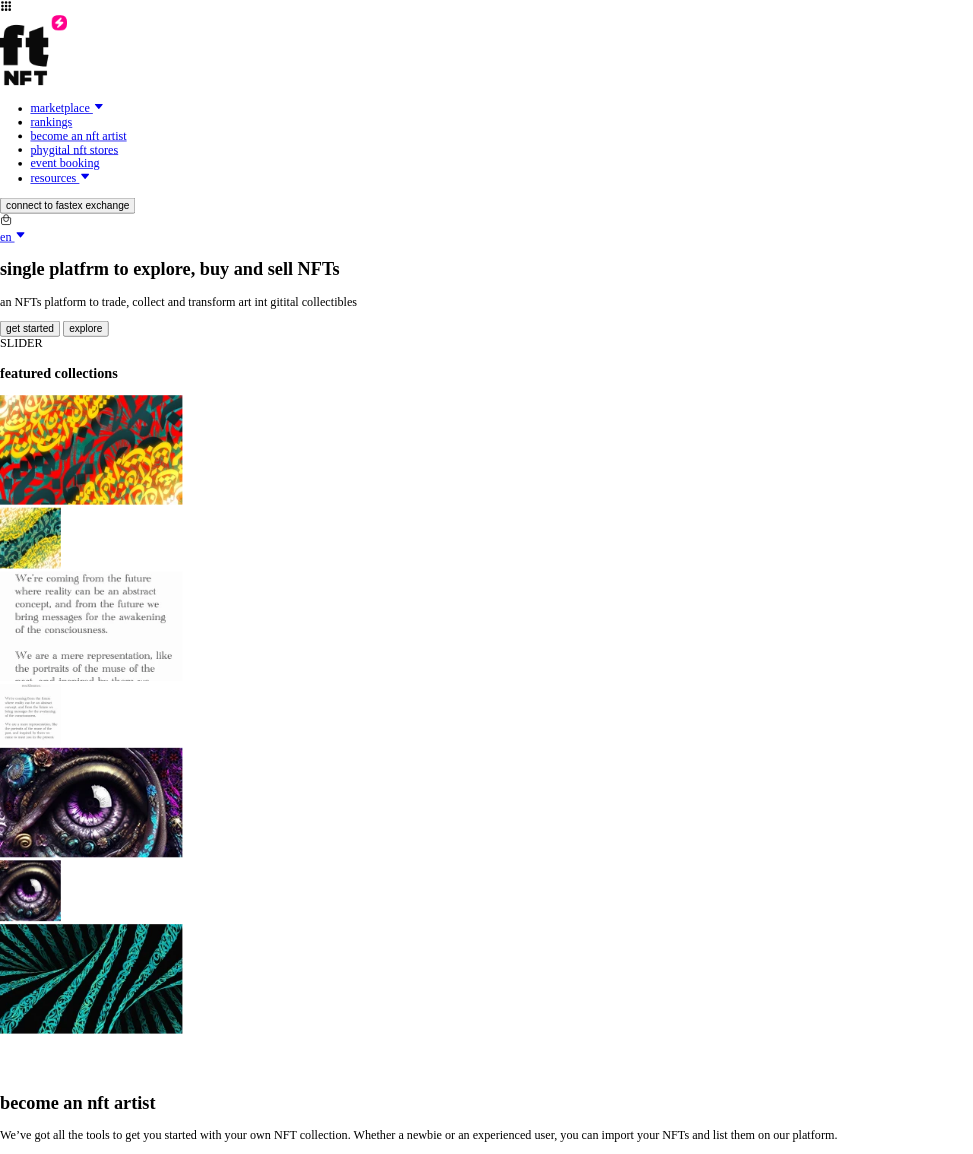
Repository: DxMAlbertGasparyan/_Project
Page: index.html
An editor plug-in stored every save of this project. The page is shown before and after the next save, followed by the edit.
The browser window is 1280 px wide. The pictures show the whole page, at 76% of full size.

Above is the page before, as saved 2023-12-05 14:48:59.

### index.html
<!DOCTYPE html>
<html lang="en">
<head>
    <meta charset="UTF-8">
    <meta name="viewport" content="width=device-width, initial-scale=1.0">
    <link rel="stylesheet" href="./css/index.css">
    <title>All-In-One NFT Platform | Buy and Sell NFTs with ftNFT</title>
    <link rel="icon" type="img/png" href="./images/favicon.png">
</head>
<body>
    <div id="root">
        <!-- Header Starts -->
        <header>
            <div class="hContent">
                <div class="logo_nav">
                    <div class="logos">
                        <div class="apps_logo">
                            <span><ion-icon name="apps"></ion-icon></span>
                        </div>
                        <div class="sitelogo">
                            <img src="./images/logo.png" alt="">
                        </div>
                    </div>
                    <nav>
                        <ul>
                            <li>
                                <a href="#">marketplace <span class="down_arrow"><ion-icon name="caret-down"></ion-icon></span></a>
                            </li>
                            <li>
                                <a href="#">rankings</a>
                            </li>
                            <li>
                                <a href="#">become an <span class="nft_uppercase">nft</span> artist</a>
                            </li>
                            <li>
                                <a href="#">phygital <span class="nft_uppercase">nft</span> stores</a>
                            </li>
                            <li>
                                <a href="#">event booking</a>
                            </li>
                            <li>
                                <a href="#">resources <span class="down_arrow"><ion-icon name="caret-down"></ion-icon></span></a>
                            </li>
                        </ul>
                    </nav>
                </div>
                <div class="button_lang">
                    <div class="button_header"><button>connect to fastex exchange</button></div>
                    <div class="bag_icon"><span><ion-icon name="bag-handle-outline"></ion-icon></span></div>
                    <div class="languages"><a href="#">en <span class="down_arrow"><ion-icon name="caret-down"></ion-icon></span></a></div>
                </div>
            </div>
            <section class="header_item">
                <div class="text_content">
                    <h1>single platfrm to explore, buy and sell <span>NFTs</span></h1>
                    <p>an <span>NFTs</span> platform to trade, collect and transform art int gitital collectibles</p>
                    <div class="text_content_btn">
                        <button class="get-started btn">get started</button>
                        <button class="explore btn">explore</button>
                    </div>
                </div>
                <div class="slider">
                    <!-- blokin width height tal petqa te che? -->
                    SLIDER
                </div>
            </section>
        </header>
        <!-- Header ends -->
        <main>
            <section class="featured_collections">
                <h3>featured collections</h3>
                <div class="items_container">
                    <div class="item">
                        <img src="./images/x39ziHUqPbngSsMldAuyOo2CUYyfhxfirgHPHXK6.webp" alt="">
                        <div class="bordered_img">
                            <img src="./images/XlDaUsynpYf66BdMb3ev9yMQ0K4AoFQKDEj72lPN.webp" alt="">
                        </div>
                    </div>
                    <div class="item">
                        <img src="./images/1OINFBEksdTTP2WOCxdsiH65SR6zLDRCy3l1pVCH.webp" alt="">
                        <div class="bordered_img">
                            <img src="./images/Khw1SX4aijpkKpJq6pyQdwxzbMqiKDIYFriJEjY9.webp" alt="">
                        </div>
                    </div>
                    <div class="item">
                        <img src="./images/jAssMBfnu18ZqhfcIRsWDcDnIUbWYPRC6JxWeOYK.webp" alt="">
                        <div class="bordered_img">
                            <img src="./images/YG6GxTtTyqsHGjpqxkulDXAgAo97iGnmz4vHQxB6.webp" alt="">
                        </div>
                    </div>
                    <div class="item">
                        <img src="./images/5IBWyQzvhMhcyvuoFQArEbbk9HRs8FteQvPqrZlK.webp" alt="">
                        <div class="bordered_img">
                            <img src="" alt="">
                        </div>
                    </div>
                    <div class="item">
                        <img src="" alt="">
                        <div class="bordered_img">
                            <img src="" alt="">
                        </div>
                    </div>
                </div>
            </section>
            <section class="nft_artist">
                <div class="nft_artist_items">
                    <h2>become an <span>nft</span> artist</h2>
                    <p>
                        <span>We’ve got all the tools to get you started with your own NFT collection. Whether a newbie or an experienced user, you can import your NFTs and list them on our platform.</span>
                    </p>
                </div>
            </section>
        </main>
        <footer></footer>
    </div>
    <script type="module" src="https://unpkg.com/ionicons@7.1.0/dist/ionicons/ionicons.esm.js"></script>
<script nomodule src="https://unpkg.com/ionicons@7.1.0/dist/ionicons/ionicons.js"></script>
</body>
</html>

### css/index.css
body{
    margin: 0;
    padding: 0;
    box-sizing: border-box;
}

After the next save:
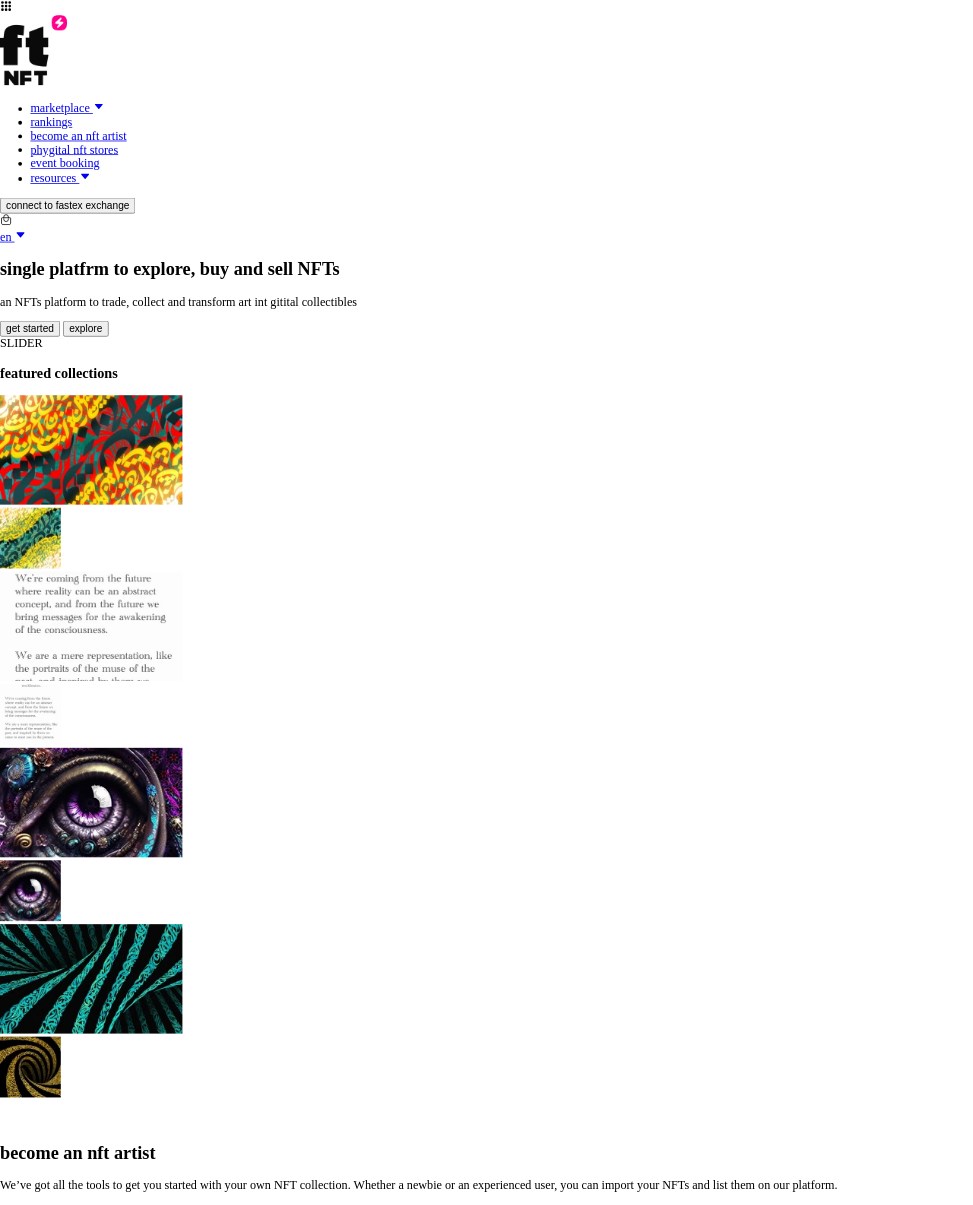
Saved 78 s later.
--- a/index.html
+++ b/index.html
@@ -91,7 +91,7 @@
                     <div class="item">
                         <img src="./images/5IBWyQzvhMhcyvuoFQArEbbk9HRs8FteQvPqrZlK.webp" alt="">
                         <div class="bordered_img">
-                            <img src="" alt="">
+                            <img src="./images/ll85efr51x3t7qEDcm3YrC8yReTBPGANtHvOdEB0.webp" alt="">
                         </div>
                     </div>
                     <div class="item">
